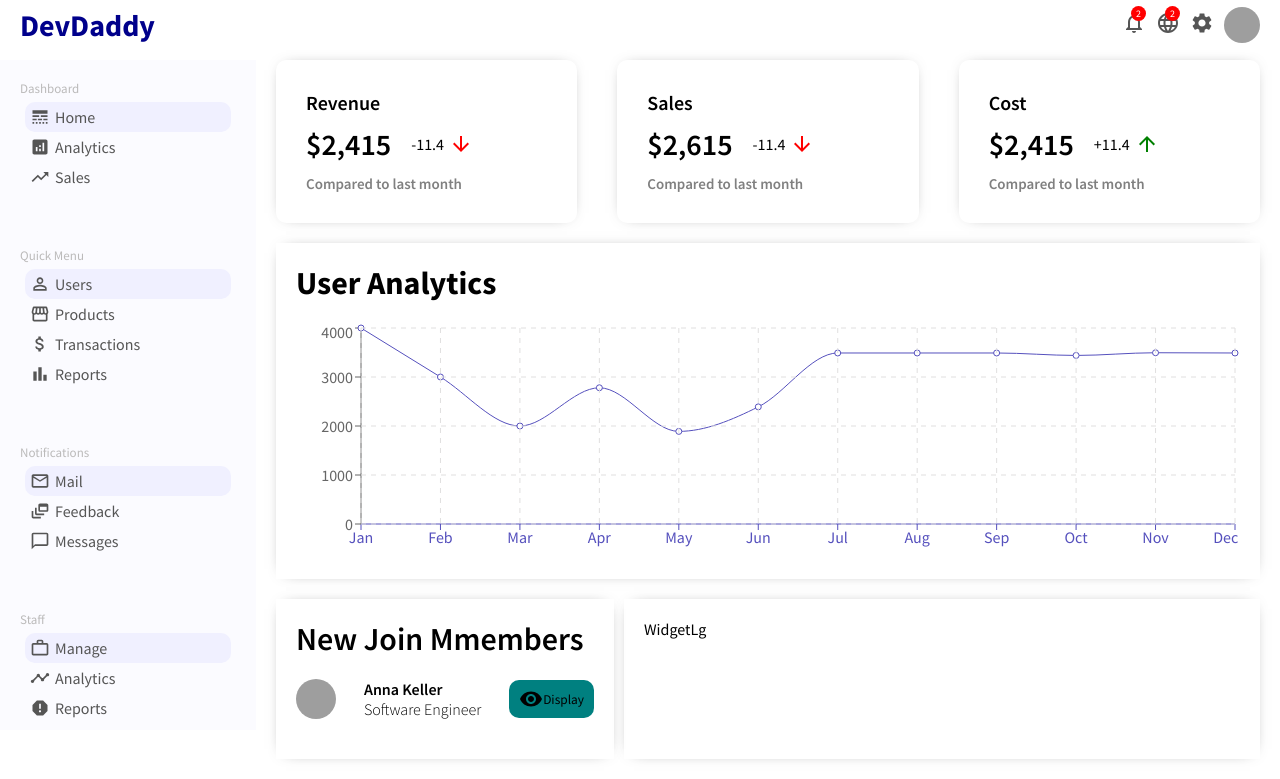
Repository: Marhamat92/react-admin-dashboard
Page: /
The author's editor kept a copy of each file at every save. The page is drawn from the files as they stood at one save, then again after a run of saves.
The browser window is 1280 px wide. The pictures show the whole page.
Pictures or frames that could not be fetched are drawn as grey boxes. The project was rebuilt for these pictures with package versions that can differ from the ones it lists, and the page was loaded fresh each time.

Above is the page before, as saved 2023-02-09 13:21:11.

### public/index.html
<!DOCTYPE html>
<html lang="en">

<head>
  <meta charset="utf-8" />
  <link rel="icon" href="%PUBLIC_URL%/favicon.ico" />
  <meta name="viewport" content="width=device-width, initial-scale=1" />
  <meta name="theme-color" content="#000000" />
  <meta name="description" content="Web site created using create-react-app" />
  <link rel="apple-touch-icon" href="%PUBLIC_URL%/logo192.png" />
  <link rel="preconnect" href="https://fonts.googleapis.com">
  <link rel="preconnect" href="https://fonts.gstatic.com" crossorigin>
  <link href="https://fonts.googleapis.com/css2?family=Source+Sans+Pro:wght@200;300;400;600;700;900&display=swap"
    rel="stylesheet">
  <!--
      manifest.json provides metadata used when your web app is installed on a
      user's mobile device or desktop. See https://developers.google.com/web/fundamentals/web-app-manifest/
    -->
  <link rel="manifest" href="%PUBLIC_URL%/manifest.json" />
  <!--
      Notice the use of %PUBLIC_URL% in the tags above.
      It will be replaced with the URL of the `public` folder during the build.
      Only files inside the `public` folder can be referenced from the HTML.

      Unlike "/favicon.ico" or "favicon.ico", "%PUBLIC_URL%/favicon.ico" will
      work correctly both with client-side routing and a non-root public URL.
      Learn how to configure a non-root public URL by running `npm run build`.
    -->
  <style>
    * {
      font-family: 'Source Sans Pro', sans-serif;
      margin: 0;
    }
  </style>
  <title>DevDaddy Admin Dashboard</title>
</head>

<body>
  <noscript>You need to enable JavaScript to run this app.</noscript>
  <div id="root"></div>
  <!--
      This HTML file is a template.
      If you open it directly in the browser, you will see an empty page.

      You can add webfonts, meta tags, or analytics to this file.
      The build step will place the bundled scripts into the <body> tag.

      To begin the development, run `npm start` or `yarn start`.
      To create a production bundle, use `npm run build` or `yarn build`.
    -->
</body>

</html>

### src/App.js
import Topbar from "./components/Topbar/Topbar";
import Sidebar from "./components/sidebar/Sidebar";
import "./app.scss";
import Home from "./pages/home/Home";


function App() {
  return (
    <div>
      <Topbar />
      <div className="container">
        <Sidebar />
        <Home />

      </div>
    </div>
  );
}

export default App;

### src/components/Topbar/Topbar.jsx
import React from 'react'
import "./topbar.scss"
import { Language, NotificationsNone, Settings } from '@mui/icons-material'

function Topbar() {
  return (
    <div className="topbar" >
       <div className='topbarWrapper' >
          <div className='topLeft' >
            <span className='logo'>DevDaddy</span>
          </div>
          <div className='topRight' >
             <div className='topbarIconContainer' >
               <NotificationsNone/>
                <span className='topIconBadge'>2</span>
             </div>
             <div className='topbarIconContainer' >
               <Language/>
                <span className='topIconBadge'>2</span>
             </div>
             <div className='topbarIconContainer' >
               <Settings/>
             </div>
             <img className='topAvatar' src='https://i.pinimg.com/originals/99/ee/d8/99eed8642bbb66a71d0f1677d18a2587.jpg' alt="jack sheperd" />
          </div>
       </div>
    </div>
  )
}

export default Topbar

### src/components/sidebar/Sidebar.js
import React from 'react'
import './sidebar.scss'
import { Analytics, AttachMoney, ChatBubbleOutline, DynamicFeed, LineStyle, MailOutline, PermIdentity, Report, Storefront, Timeline, TrendingUp, WorkOutline, BarChart } from '@mui/icons-material'



function Sidebar() {
  return (
    <div className='sidebar'>
      <div className='sidebarWrapper'>
        <div className='sidebarMenu' >
          <div className='sidebarTitle'>
            Dashboard
          </div>
          <ul className='sidebarList'>
            <li className='sidebarListItem active'>
              <LineStyle className='sidebarIcon' />
              Home
            </li>
            <li className='sidebarListItem'>
              <Analytics className='sidebarIcon' />
              Analytics
            </li>
            <li className='sidebarListItem'>
              <TrendingUp className='sidebarIcon' />
              Sales
            </li>
          </ul>
        </div>
      </div>

      <div className='sidebarWrapper'>
        <div className='sidebarMenu' >
          <div className='sidebarTitle'>
            Quick Menu
          </div>
          <ul className='sidebarList'>
            <li className='sidebarListItem active'>
              <PermIdentity className='sidebarIcon' />
              Users
            </li>
            <li className='sidebarListItem'>
              <Storefront className='sidebarIcon' />
              Products
            </li>
            <li className='sidebarListItem'>
              <AttachMoney className='sidebarIcon' />
              Transactions
            </li>
            <li className='sidebarListItem'>
              <BarChart className='sidebarIcon' />
              Reports
            </li>
          </ul>
        </div>
      </div>

      <div className='sidebarWrapper'>
        <div className='sidebarMenu' >
          <div className='sidebarTitle'>
            Notifications
          </div>
          <ul className='sidebarList'>
            <li className='sidebarListItem active'>
              <MailOutline className="sidebarIcon" />
              Mail
            </li>
            <li className='sidebarListItem'>
              <DynamicFeed className="sidebarIcon" />
              Feedback
            </li>
            <li className='sidebarListItem'>
              <ChatBubbleOutline className="sidebarIcon" />
              Messages
            </li>
          </ul>
        </div>
      </div>

      <div className='sidebarWrapper'>
        <div className='sidebarMenu' >
          <div className='sidebarTitle'>
            Staff
          </div>
          <ul className='sidebarList'>
            <li className='sidebarListItem active'>
              <WorkOutline className="sidebarIcon" />
              Manage
            </li>
            <li className='sidebarListItem'>
              <Timeline className="sidebarIcon" />
              Analytics
            </li>
            <li className='sidebarListItem'>
              <Report className="sidebarIcon" />
              Reports
            </li>
          </ul>
        </div>
      </div>
    </div>
  )
}

export default Sidebar

### src/app.scss
.container {
  display:flex;
  margin-top: 10px;
}

### src/pages/home/Home.js
import React from 'react'
import './home.scss'
import FeaturedInfo from '../../components/featuredInfo/FeaturedInfo'
import Chart from '../../components/chart/Chart'
import { userData } from '../../data/userData'
import WidgetSm from '../../components/widgetSm/WidgetSm'
import WidgetLg from '../../components/widgetLg/WidgetLg'

function Home() {
  return (
    <div className='home' >
      <FeaturedInfo />
      <Chart title="User Analytics" data={userData} dataKey="Active User" grid />
      <div className='homeWidgets' >
        <WidgetSm />
        <WidgetLg />
      </div>
    </div>
  )
}

export default Home

### src/components/Topbar/topbar.scss
.topbar{
  width:100%;
  height: 50px;
  background-color: white;
  position: sticky;
  top:0;
  z-index: 999;
}

.topbarWrapper{
  height: 100%;
  padding: 0px 20px;
  display: flex;
  align-items: center;
  justify-content: space-between;
}

.logo{
  font-weight:bold;
  font-size: 30px;
  color:darkblue;
  cursor: pointer;
}

.topRight{
  display:flex;
  align-items: center;
}

.topbarIconContainer{
  position:relative;
  cursor: pointer;
  margin-right:10px;
  color:#555;
}

.topIconBadge{
  width: 15px;
  height: 15px;
  display: flex;
  align-items: center;
  justify-content: center;
  position:absolute;
  top:-5px;
  right:0px;
  background-color: red;
  color:white;
  border-radius: 50%;
  font-size: 10px;
}

.topAvatar{
  width: 36px;
  height: 36px;
  border-radius: 50%;
  object-fit: cover;
  cursor: pointer;
}

### src/components/sidebar/sidebar.scss
.sidebar{
  flex:1;
  height:calc(100vh - 50px);
  background-color: rgb(251,251,255);
  position: sticky;
  top: 50px;
}

.sidebarWrapper{
  padding: 20px;
  color:#555;
}

.sidebarMenu{
  margin-bottom:10px;
}

.sidebarTitle{
  font-size: 13px;
  color:rgb(187,186,186);
}

.sidebarList{
  list-style: none;
  padding:5px;
}

.sidebarListItem{
  padding:5px;
  cursor:pointer;
  display:flex;
  align-items:center;
  border-radius: 10px;
}

.sidebarListItem.active,
.sidebarListItem:hover{
  background-color: rgb(240,240,255);
}

.sidebarIcon{
  margin-right: 5px;
  font-size: 20px !important;
}

### src/pages/home/home.scss
.home{
  flex:4;

}

.homeWidgets{
  display:flex;
  margin:20px;
}

### src/components/featuredInfo/FeaturedInfo.js
import React from 'react'
import './featuredInfo.scss'
import { ArrowDownward, ArrowUpward } from '@mui/icons-material'

function FeaturedInfo() {
  return (
    <div className='featured'>
      <div className='featuredItem'>
        <span className='featuredTitle'>Revenue</span>
        <div className='featuredMoneyContainer'>
          <span className='featuredMoney'>$2,415</span>
          <span className='featuredMoneyRate'>
            -11.4 <ArrowDownward className='featuredIcon negative' />
          </span>
        </div>
        <span className='featuredSub'>Compared to last month</span>
      </div>

      <div className='featuredItem'>
        <span className='featuredTitle'>Sales</span>
        <div className='featuredMoneyContainer'>
          <span className='featuredMoney'>$2,615</span>
          <span className='featuredMoneyRate'>
            -11.4 <ArrowDownward className='featuredIcon negative' />
          </span>
        </div>
        <span className='featuredSub'>Compared to last month</span>
      </div>

      <div className='featuredItem'>
        <span className='featuredTitle'>Cost</span>
        <div className='featuredMoneyContainer'>
          <span className='featuredMoney'>$2,415</span>
          <span className='featuredMoneyRate'>
            +11.4 <ArrowUpward className='featuredIcon positive' />
          </span>
        </div>
        <span className='featuredSub'>Compared to last month</span>
      </div>
    </div>
  )
}

export default FeaturedInfo

### src/components/chart/Chart.js
import React from 'react'
import './chart.scss'
import { LineChart, Line, XAxis, YAxis, CartesianGrid, Tooltip, Legend, ResponsiveContainer } from 'recharts';


function Chart({ title, data, dataKey, grid }) {




  return (
    <div className='chart'>
      <h1 className='chartTitle' >
        {title}
      </h1>
      <ResponsiveContainer width="100%" aspect={4 / 1} >
        <LineChart data={data}>
          <XAxis dataKey="name" stroke="#5550bd" />
          <YAxis />
          <Line type="monotone" dataKey={dataKey} stroke="#5550bd" />
          <Tooltip />
          {grid && <CartesianGrid stroke="#e0dfdf" strokeDasharray="5 5" />}
        </LineChart>
      </ResponsiveContainer>
    </div>
  )
}

export default Chart

### src/data/userData.js
export const userData = [
  {
    name: 'Jan',
    "Active User": 4000,

  },
  {
    name: 'Feb',
    "Active User": 3000,

  },
  {
    name: 'Mar',
    "Active User": 2000,

  },
  {
    name: 'Apr',
    "Active User": 2780,

  },
  {
    name: 'May',
    "Active User": 1890,

  },
  {
    name: 'Jun',
    "Active User": 2390,

  },
  {
    name: 'Jul',
    "Active User": 3490,

  },
  {
    name: 'Aug',
    "Active User": 3490,

  },
  {
    name: 'Sep',
    "Active User": 3490,

  },
  {
    name: 'Oct',
    "Active User": 3440,

  },
  {
    name: 'Nov',
    "Active User": 3495,

  },
  {
    name: 'Dec',
    "Active User": 3490,

  },
];

### src/components/widgetSm/WidgetSm.js
import React from 'react'
import './widgetSm.scss'
import { Visibility } from '@mui/icons-material'

function WidgetSm() {
  return (
    <div className='widgetSm' >
      <span className='widgetSmTitle' >
        New Join Mmembers
      </span>
      <ul className='widgetSmList' >
        <li className='widgetSmListItem' >
          <img src='https://images.pexels.com/photos/414171/pexels-photo-414171.jpeg?auto=compress&cs=tinysrgb&dpr=2&h=650&w=940' alt='' className='widgetSmImg' />
          <div className='widgetSmUser' >
            <span className='widgetSmUsername' >Anna Keller</span>
            <span className='widgetSmUserTitle' >Software Engineer</span>
          </div>
          <button className='widgetSmButton' >
            <Visibility />
            Display
          </button>
        </li>
      </ul>
    </div>
  )
}

export default WidgetSm

### src/components/widgetLg/WidgetLg.js
import React from 'react'
import './widgetLg.scss'

function WidgetLg() {
  return (
    <div className='widgetLg' >WidgetLg</div>
  )
}

export default WidgetLg

### src/components/featuredInfo/featuredInfo.scss
.featured{
  width:100%;
  display:flex;
  justify-content:space-between;
}

.featuredItem{
  flex:1;
  margin:0 20px;
  padding:30px;
  border-radius:10px;
  cursor:pointer;
  -webkit-box-shadow: 0px 0px 15px -10px rgba(0, 0, 0, 0.75);
  box-shadow: 0px 0px 15px -10px rgba(0, 0, 0, 0.75);
}

.featuredTitle{
  font-size:20px;
  font-weight:600;
  margin-bottom:10px;
}

.featuredMoneyContainer{
  display:flex;
  align-items:center;
  margin:10px 0;
}

.featuredMoney{
  font-size:30px;
  font-weight:600;

}

.featuredMoneyRate{
  display: flex;
  align-items: center;
  margin-left: 20px;
}

.featuredIcon{
  font-size:14px;
  margin-left:5px;
  color:green
}

.featuredIcon.negative{
  color:red;
}

.featuredSub{
  font-size:15px;
  font-weight:600;
  color:gray;
}

### src/components/chart/chart.scss
.chart{
  margin: 20px;
  padding: 20px;
  -webkit-box-shadow: 0px 0px 15px -10px rgba(0, 0, 0, 0.75);
  box-shadow: 0px 0px 15px -10px rgba(0, 0, 0, 0.75);
}

.chartTitle{
  margin-bottom: 20px;
}

### src/components/widgetSm/widgetSm.scss
.widgetSm{
  flex:1;
  -webkit-box-shadow: 0px 0px 15px -10px rgba(0, 0, 0, 0.75);
  box-shadow: 0px 0px 15px -10px rgba(0, 0, 0, 0.75);
  padding:20px;
  margin-right: 10px;
}

.widgetSmTitle{
  font-size:32px;
  font-weight: 600;
}

.widgetSmImg{
  width:40px;
  height:40px;
  border-radius: 50%;
  object-fit: cover;
}

.widgetSmList{
  margin: 0;
  padding:0;
  list-style: none;}


.widgetSmListItem{
  display: flex;
  align-items: center;
  justify-content: space-between;
  margin: 20px 0px;
}

.widgetSmUser{
  display:flex;
  flex-direction: column;
}

.widgetSmUsername{
  font-weight: 600;
}

.widgetSmUserTitle{
  font-weight:300;
}

.widgetSmButton{
  display: flex;
  align-items: center;
  border:none;
  border-radius: 10px;
  padding:7px 10px;
  background-color: teal;
  cursor: pointer;
}

### src/components/widgetLg/widgetLg.scss
.widgetLg{
  flex:2;
  -webkit-box-shadow: 0px 0px 15px -10px rgba(0, 0, 0, 0.75);
  box-shadow: 0px 0px 15px -10px rgba(0, 0, 0, 0.75);
  padding:20px;
}

Loaded but not shown: src/index.js (common file)

After the next 2 saves:
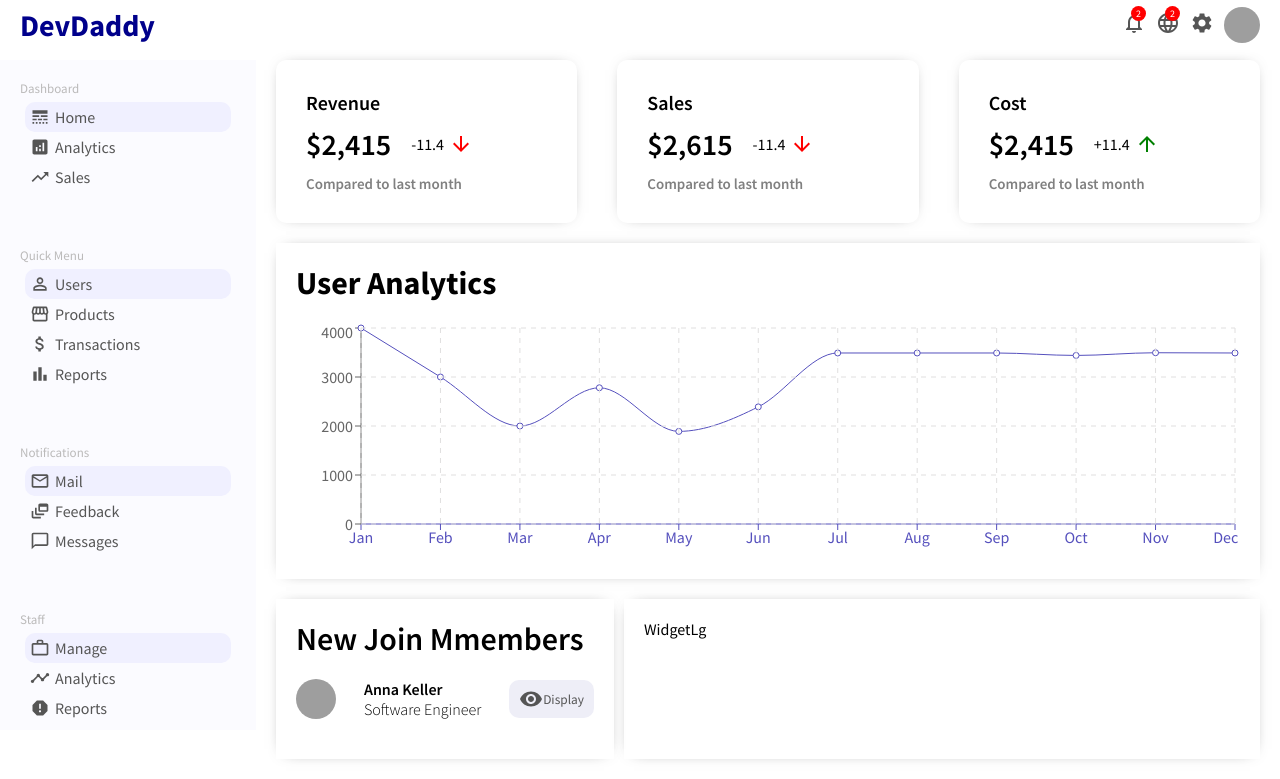
The 2 saves are shown as one change because 1 did not build or start.
The last was saved 66 s later.
--- a/src/components/widgetSm/widgetSm.scss
+++ b/src/components/widgetSm/widgetSm.scss
@@ -50,6 +50,7 @@
   border:none;
   border-radius: 10px;
   padding:7px 10px;
-  background-color: teal;
+  background-color: #eeeef7;
+  color:#555;
   cursor: pointer;
 }
